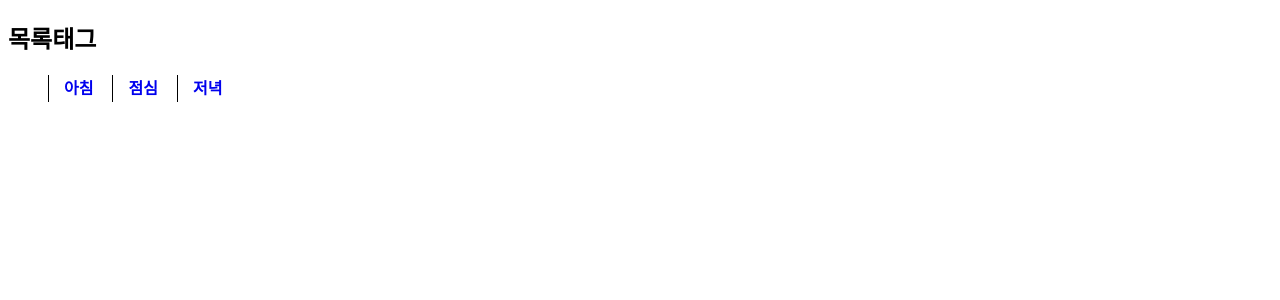
Repository: angelSuho/KCC_Learning_Repo
Page: Html/WebContent/list.html
These files come from the project's save history. The page is drawn as it stood at one moment and after the next save; the edit follows.
The browser window is 1280 px wide. The pictures show the whole page.

Above is the page before, as saved 2024-07-08 02:39:17.

### Html/WebContent/list.html
<!DOCTYPE html>
<html>
<head>
<meta charset="UTF-8">
<title>Insert title here</title>
<style type='text/css'>
	li {
		display: inline;
		padding: 5px 15px;
		border-left: 1px solid #000;
	}

	a {
		text-decoration: none;
		color: darlkgreen;
		font-weight: bold;
		fint-size: 18px;
	}
</style>
</head>
<body>
	<h2>목록태그</h2>
	<ul>
		<li><a href="#">아침</a></li>
		<li><a href="#">점심</a></li>
		<li><a href="#">저녁</a></li>
	</ul>
</body>
</html>

After the next save:
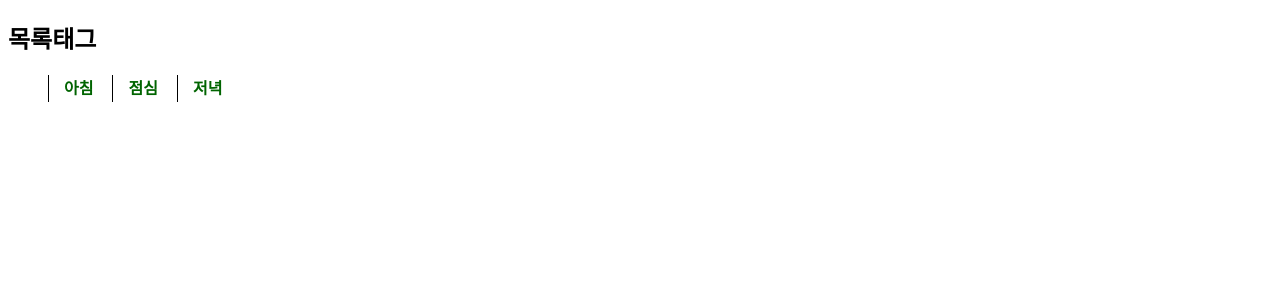
Saved 8 s later.
--- a/Html/WebContent/list.html
+++ b/Html/WebContent/list.html
@@ -12,7 +12,7 @@
 
 	a {
 		text-decoration: none;
-		color: darlkgreen;
+		color: darkgreen;
 		font-weight: bold;
 		fint-size: 18px;
 	}
